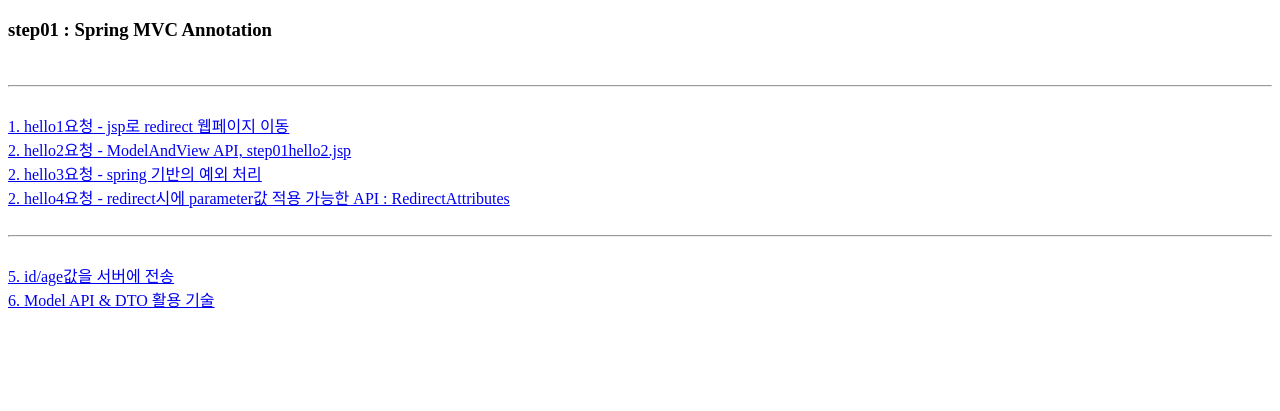
Repository: Encore-Playdata-Course/Spring
Page: step09_SpringMVC/WebContent/step01.html
The author's editor kept a copy of each file at every save. The page is drawn from the files as they stood at one save, then again after the next save.
The browser window is 1280 px wide. The pictures show the whole page.

Above is the page before, as saved 2021-01-29 05:20:45.

After the next save:
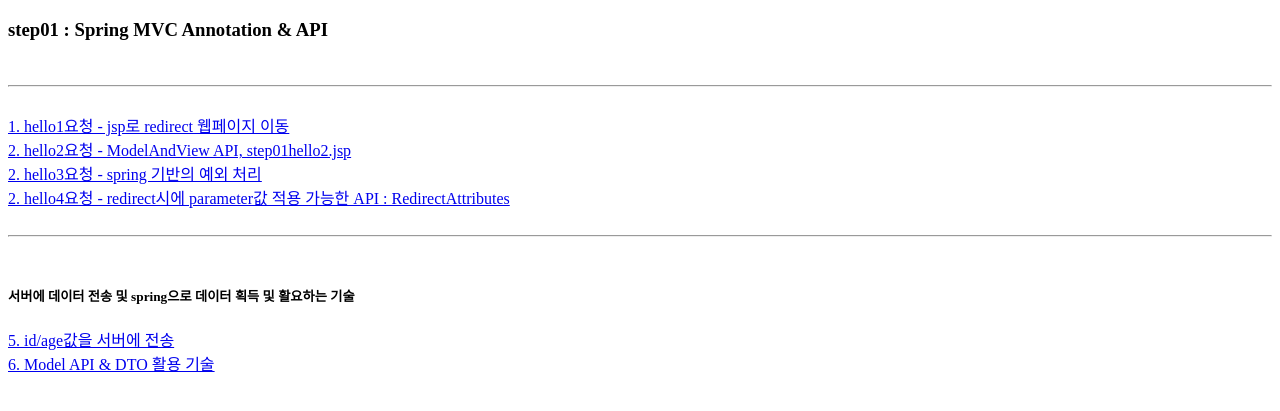
Saved 2 min 42 s later.
--- a/step09_SpringMVC/WebContent/step01.html
+++ b/step09_SpringMVC/WebContent/step01.html
@@ -12,7 +12,7 @@ a {
 </head>
 <body>
 
-	<h3>step01 : Spring MVC Annotation</h3>
+	<h3>step01 : Spring MVC Annotation & API</h3>
 
 	<br><hr><br>
 
@@ -22,6 +22,7 @@ a {
 	<a href="hello4">2. hello4요청 - redirect시에  parameter값 적용 가능한 API : RedirectAttributes</a><br>
 
 	<br><hr><br>
+	<h5>서버에 데이터 전송 및 spring으로 데이터 획득 및 활요하는 기술</h5>
 	<a href="hello5?id=tester&age=10">5. id/age값을 서버에 전송</a> <br>
 	<a href="hello6?id=tester&age=100">6. Model API & DTO 활용 기술</a> <br>
 </body>
